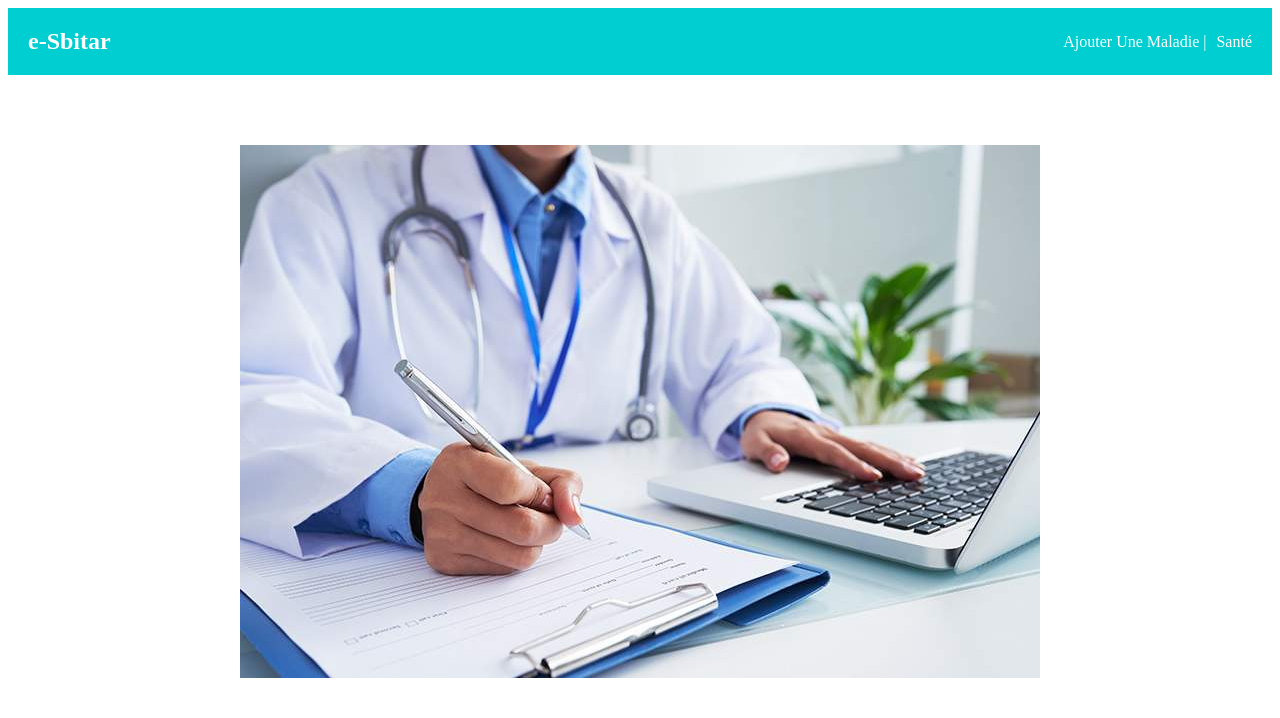
Repository: Sidel-malek/e-sbitar
Page: http://localhost/singup/
These files come from the project's save history. The page is drawn as it stood at one moment and after the next save; the edit follows.
The browser window is 1280 px wide. The pictures show the whole page.
The page is served by Tomcat 9. Other server files are loaded and not shown.

Above is the page before, as saved 2023-06-03 03:39:09.

### authentification/singup/src/main/webapp/index.jsp
<jsp:include page="navbar.jsp" />

<!DOCTYPE html>
<html>
<head>
    <title>Health App - Diseases and Symptoms</title>
    <style>
        body {
            text-align: center;
        }

        .maladie2-image-link {
            display: inline-block;
            padding: 10px 20px;
            background-color: #f1f1f1;
            border: none;
            text-decoration: none;
            color: #333;
            font-size: 16px;
            cursor: pointer;
            margin-bottom: 10px;
        }

        .maladie2-image-link {
            background-color: #4CAF50;
            color: white;
        }

        .middle-image {
            margin-top: 50px;
        }
    </style>
</head>
<body>

    <img src="images/medecin-ordi-03-800.jpg" alt="Image" class="middle-image">
    <script>
        // JavaScript code for handling user role and displaying elements
        var userRole = "${pageContext.request.getAttribute('role')}";

        if (userRole === 'Patient') {
            document.getElementById("maladie-image").style.display = "none";
        }
    </script>
</body>
</html>

### authentification/singup/src/main/webapp/navbar.jsp
<%@ page language="java" contentType="text/html; charset=ISO-8859-1"
    pageEncoding="ISO-8859-1"%>

<div class="navbar">
    <h1 class="app-name"><a href="index.jsp" style="text-decoration: none; color: #ffffff;">e-Sbitar</a></h1>

    <ul class="nav-links">
        <li><a href="prestataire.jsp">Ajouter Une Maladie  | </a></li>
        <li><a href="${pageContext.request.contextPath}/maladies">Santé</a></li>
    </ul>
</div>

<style>
    .navbar {

        background-color: #00CED1		;
        padding: 20px;
        display: flex;
        justify-content: space-between;
        align-items: center;
        margin-bottom : 20px;
    }

    .app-name {
        color: #ffffff;
        font-size: 24px;
        margin: 0;
        text-decoration: none;
        text-decoration-style: none;

    }

    .nav-links {
        list-style: none;
        margin: 0;
        padding: 0;
        display: flex;
    }

    .nav-links li {
        margin-left: 10px;
    }

    .nav-links li:first-child {
        margin-left: auto;
    }

    .nav-links li a {
        color: #ffffff;
        text-decoration: none;
    }
</style>

After the next save:
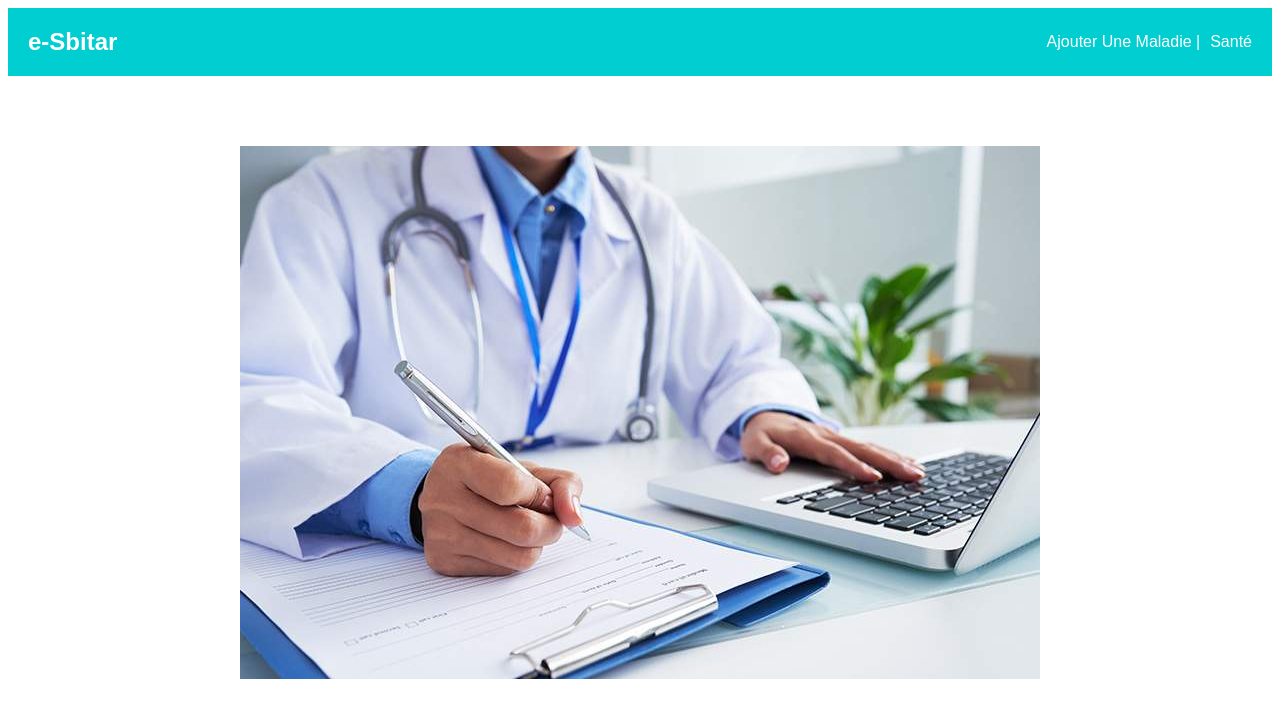
Saved 8 min 0 s later.
--- a/authentification/singup/src/main/webapp/index.jsp
+++ b/authentification/singup/src/main/webapp/index.jsp
@@ -6,6 +6,9 @@
     <title>Health App - Diseases and Symptoms</title>
     <style>
         body {
+
+            font-family: Arial, sans-serif;
+
             text-align: center;
         }
 
